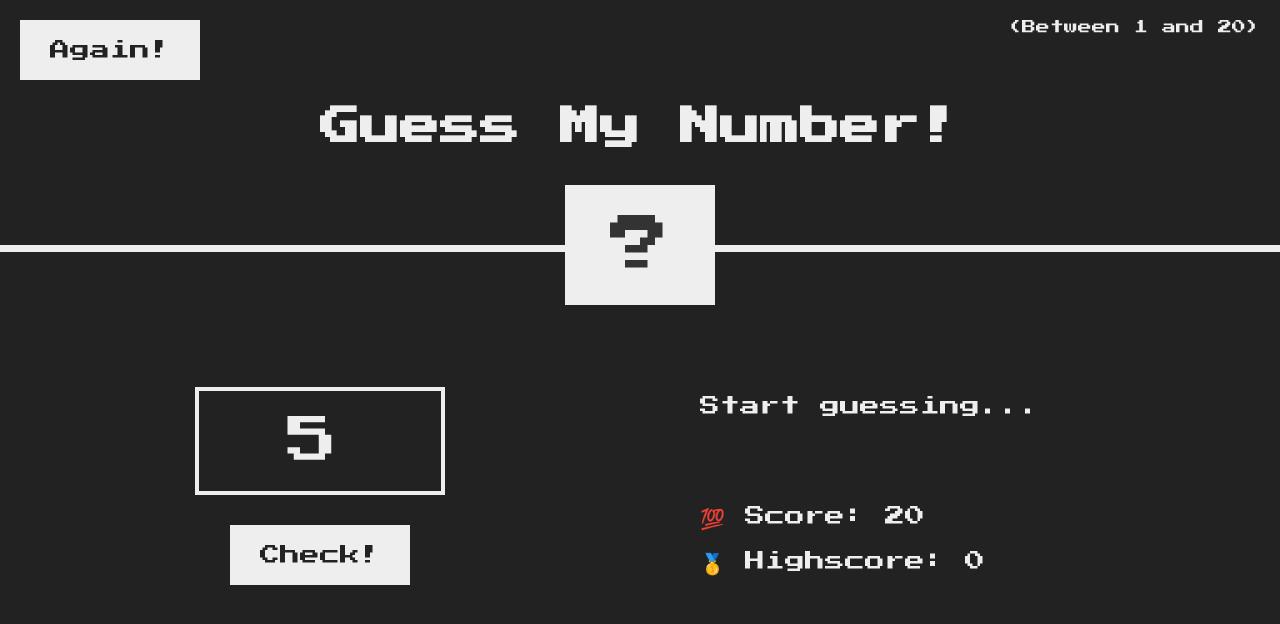
Repository: zeinawady/Jonas-Js-Course-Projects
Page: Guess Game/index.html
These files come from the project's save history. The page is drawn as it stood at one moment and after the next save; the edit follows.
The browser window is 1280 px wide. The pictures show the whole page.
Empty fields were first filled with sample values (such as "Sample", 5 or name@example.com).
After loading, the first visible `button.check` was clicked once.

Above is the page before, as saved 2024-11-22 03:17:33.

After the next save:
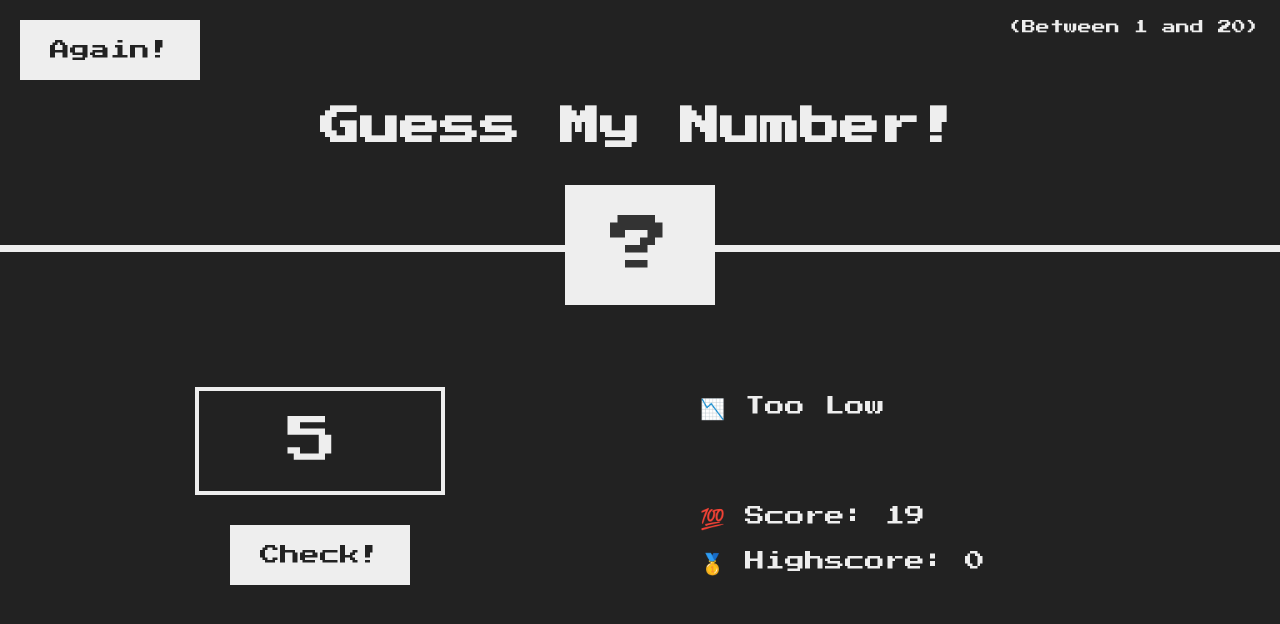
Saved 10 s later.
--- a/Guess Game/script.js
+++ b/Guess Game/script.js
@@ -45,7 +45,9 @@ checkBtn.addEventListener('click',function(){
 
         }
         else{
-
+            message.textContent='📉 Too Low'
+            score--;
+            scoreBox.textContent=score;
         }
     }
     else{
